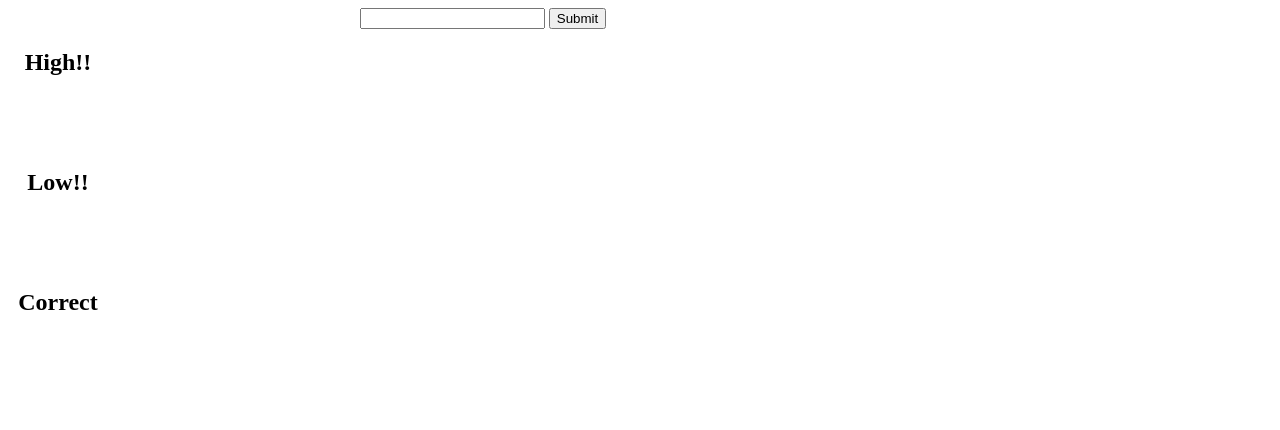
Repository: harshithamagani/Java-Basics
Page: http://localhost/number-game/
These files come from the project's save history. The page is drawn as it stood at one moment and after the next save; the edit follows.
The browser window is 1280 px wide. The pictures show the whole page.
The page is served by Tomcat 9.

Above is the page before, as saved 2019-11-05 18:33:07.

After the next save:
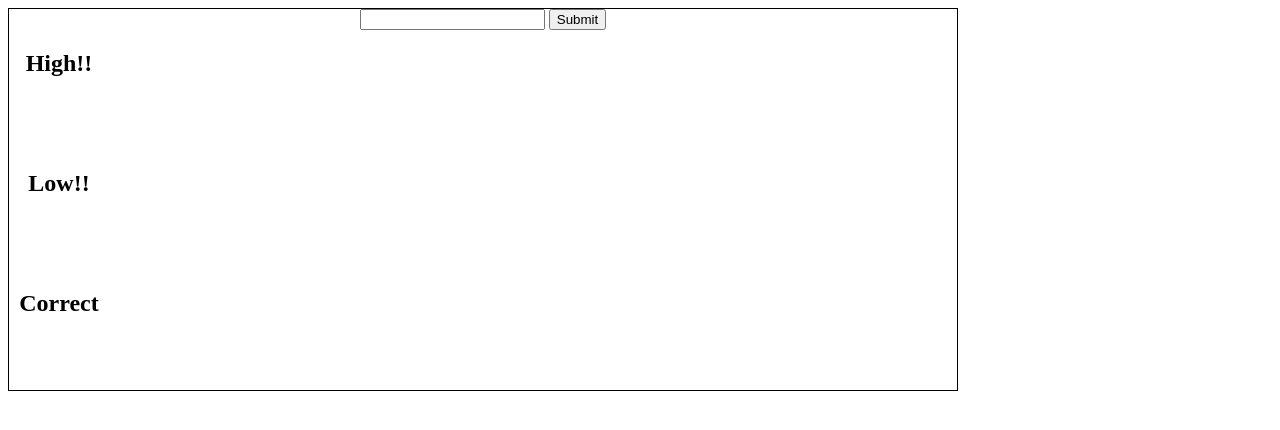
Saved 83 s later.
--- a/number-game/WebContent/WEB-INF/index.jsp
+++ b/number-game/WebContent/WEB-INF/index.jsp
@@ -17,6 +17,7 @@
         }
         #container{
         	text-align: center;
+        	border : solid black 1px;
         }
 
 	</style>
